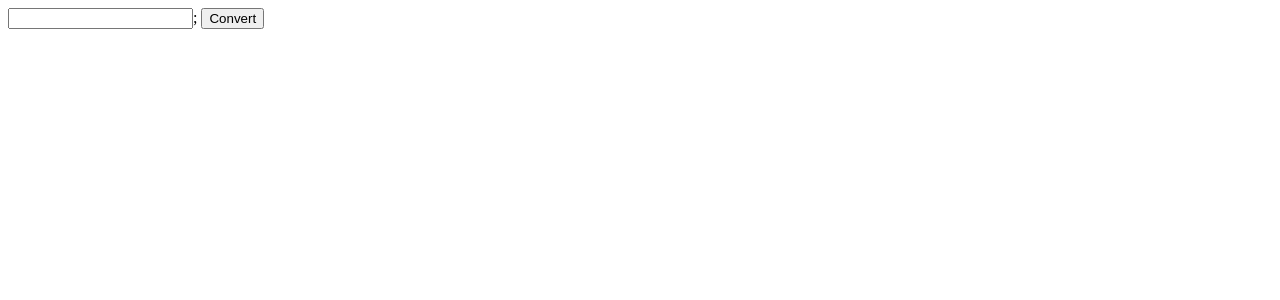
Repository: NGUYEN112/Module2
Page: http://localhost/
An editor plug-in stored every save of this project. The page is shown before and after the next save, followed by the edit.
The browser window is 1280 px wide. The pictures show the whole page.
The page is run by PHP 8.4 with error messages shown; the project is at /var/www/html/.

Above is the page before, as saved 2021-01-15 15:09:40.

### bai5-docso/index.php
<!DOCTYPE html>
<html lang="en">

<head>
    <meta charset="UTF-8">
    <meta name="viewport" content="width=device-width, initial-scale=1.0">
    <title>Document</title>
</head>

<body>
    <form method="post">
        <input type="number" name="number">;
        <input type="submit" value="Convert">
    </form>
    <?php
    if ($_SERVER["REQUEST_METHOD"] == "POST") {
        $number = $_POST["number"];
        $length = strlen($number);

        function smallnum($number)
        {
            switch ($number) {
                case 0:
                    return "Zero";
                case 1:
                    return "One";
                case 2:
                    return "Two";
                case 3:
                    return "Three";
                case 4:
                    return "Four";
                case 5:
                    return "Five";
                case 6:
                    return "Six";
                case 7:
                    return "Seven";
                case 8:
                    return "Eight";
                case 9:
                    return "Nine";
            }
            return;
        }
        $result = smallnum($number);
        echo $result;
        if ($length == 1) {
            echo smallnum($number);
        }elseif ($length== 2){
             switch ($number[0]) {
                 case 1:
                    switch($number[1]){

                    }
             }
            }
        }
    ?>
</body>

</html>

After the next save:
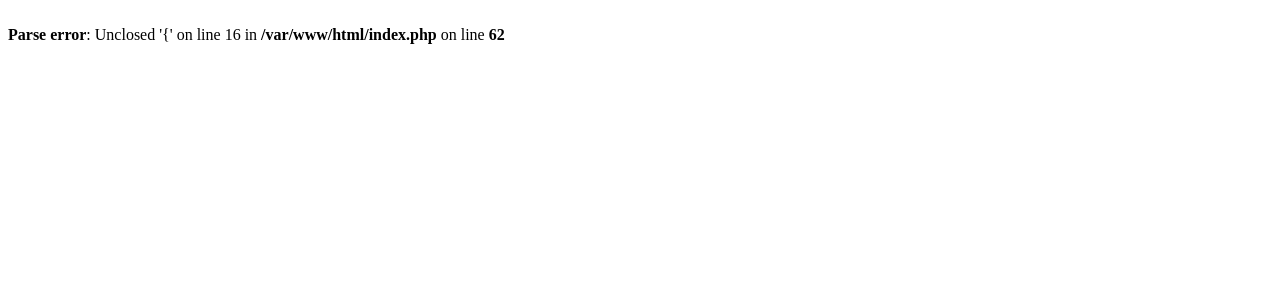
Saved 17 s later.
--- a/bai5-docso/index.php
+++ b/bai5-docso/index.php
@@ -45,17 +45,17 @@
         }
         $result = smallnum($number);
         echo $result;
-        if ($length == 1) {
-            echo smallnum($number);
-        }elseif ($length== 2){
-             switch ($number[0]) {
-                 case 1:
-                    switch($number[1]){
+        // if ($length == 1) {
+        //     echo smallnum($number);
+        // }elseif ($length== 2){
+        //      switch ($number[0]) {
+        //          case 1:
+        //             switch($number[1]){
 
-                    }
-             }
-            }
-        }
+        //             }
+        //      }
+        //     }
+        // }
     ?>
 </body>
 

After the save that followed:
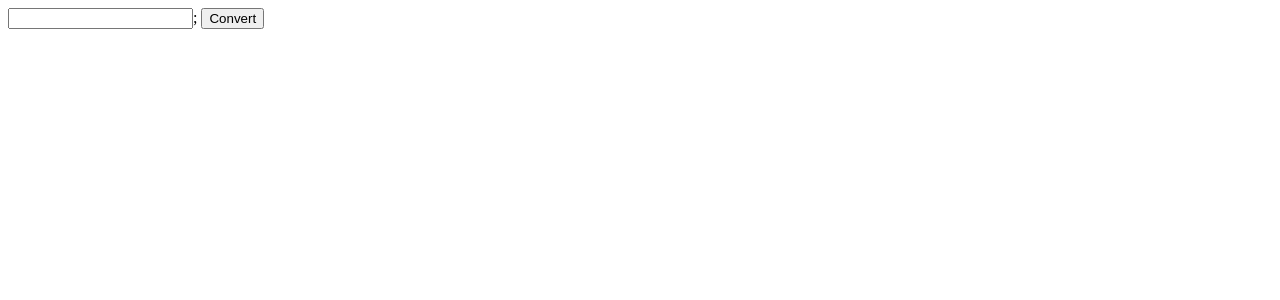
Saved 52 s later.
--- a/bai5-docso/index.php
+++ b/bai5-docso/index.php
@@ -55,7 +55,7 @@
         //             }
         //      }
         //     }
-        // }
+    }
     ?>
 </body>
 
